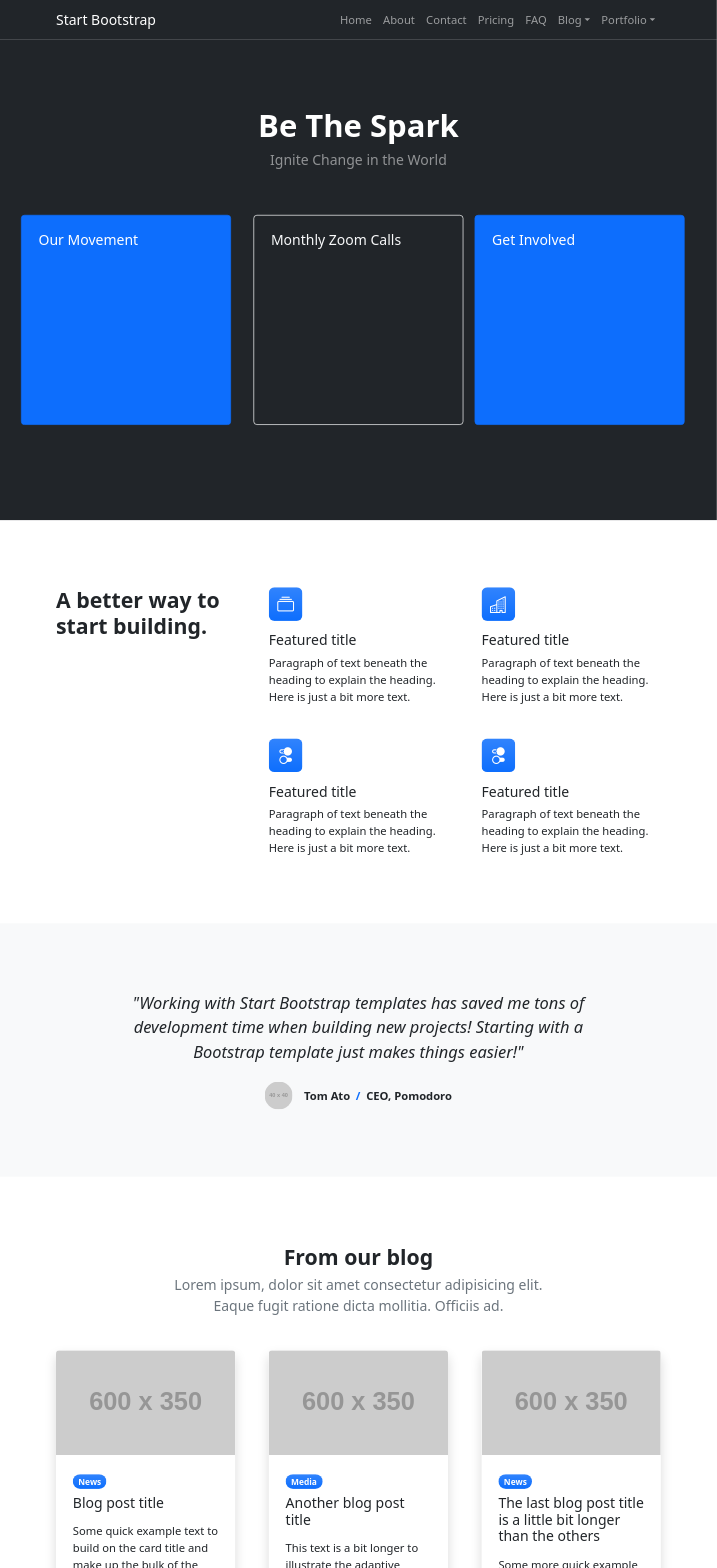
Repository: DragonFruit8/BeTheSpark
Page: index.html
These files come from the project's save history. The page is drawn as it stood at one moment and after a run of saves; the edit follows.
The browser window is 1024 px wide. The pictures show the part of the page from y = 0 to 2240 px (the page is 2993 px tall before and 2755 px after), at 70% of full size.

Above is the page before, as saved 2024-01-05 08:25:41.

### index.html
<!DOCTYPE html>
<html lang="en">
    <head>
        <meta charset="utf-8" />
        <meta name="viewport" content="width=device-width, initial-scale=1, shrink-to-fit=no" />
        <meta name="description" content="" />
        <meta name="author" content="" />
        <title>Modern Business - Start Bootstrap Template</title>
        <!-- Favicon-->
        <link rel="icon" type="image/x-icon" href="assets/favicon.ico" />
        <!-- Bootstrap icons-->
        <link href="https://cdn.jsdelivr.net/npm/bootstrap-icons@1.5.0/font/bootstrap-icons.css" rel="stylesheet" />
        <!-- Core theme CSS (includes Bootstrap)-->
        <link href="css/styles.css" rel="stylesheet" />
        <link href="css/home.css" rel="stylesheet" />
    </head>
    <body class="d-flex flex-column h-100">
        <main class="flex-shrink-0">
            <!-- Navigation-->
            <nav class="navbar navbar-expand-lg navbar-dark bg-dark">
                <div class="container px-5">
                    <a class="navbar-brand" href="index.html">Start Bootstrap</a>
                    <button class="navbar-toggler" type="button" data-bs-toggle="collapse" data-bs-target="#navbarSupportedContent" aria-controls="navbarSupportedContent" aria-expanded="false" aria-label="Toggle navigation"><span class="navbar-toggler-icon"></span></button>
                    <div class="collapse navbar-collapse" id="navbarSupportedContent">
                        <ul class="navbar-nav ms-auto mb-2 mb-lg-0">
                            <li class="nav-item"><a class="nav-link" href="index.html">Home</a></li>
                            <li class="nav-item"><a class="nav-link" href="about.html">About</a></li>
                            <li class="nav-item"><a class="nav-link" href="contact.html">Contact</a></li>
                            <li class="nav-item"><a class="nav-link" href="pricing.html">Pricing</a></li>
                            <li class="nav-item"><a class="nav-link" href="faq.html">FAQ</a></li>
                            <li class="nav-item dropdown">
                                <a class="nav-link dropdown-toggle" id="navbarDropdownBlog" href="#" role="button" data-bs-toggle="dropdown" aria-expanded="false">Blog</a>
                                <ul class="dropdown-menu dropdown-menu-end" aria-labelledby="navbarDropdownBlog">
                                    <li><a class="dropdown-item" href="blog-home.html">Blog Home</a></li>
                                    <li><a class="dropdown-item" href="blog-post.html">Blog Post</a></li>
                                </ul>
                            </li>
                            <li class="nav-item dropdown">
                                <a class="nav-link dropdown-toggle" id="navbarDropdownPortfolio" href="#" role="button" data-bs-toggle="dropdown" aria-expanded="false">Portfolio</a>
                                <ul class="dropdown-menu dropdown-menu-end" aria-labelledby="navbarDropdownPortfolio">
                                    <li><a class="dropdown-item" href="portfolio-overview.html">Portfolio Overview</a></li>
                                    <li><a class="dropdown-item" href="portfolio-item.html">Portfolio Item</a></li>
                                </ul>
                            </li>
                        </ul>
                    </div>
                </div>
            </nav>
            <!-- Header-->
            <header class="bg-dark py-5">
                <div class="container px-5">
                    <div class="row gx-5 align-items-center justify-content-center">
                        <div class="col-lg-8 col-xl-7 col-xxl-6">
                            <div class="my-5 text-center text-xl-start">
                                <h1 class="display-5 fw-bolder text-white mb-2">Be The Spark</h1>
                                <p class="lead fw-normal text-white-50 mb-4">Ignite Change in the World</p>
                                <div id="CTA" class="d-grid gap-3 d-sm-flex justify-content-sm-center justify-content-xl-start">
                                    <a class="btn btn-primary btn-lg px-4 me-sm-3" href="#features">Our Movement</a>
                                    <a class="btn btn-outline-light btn-lg px-4" href="#!">Monthly Zoom Calls</a>
                                    <a class="btn btn-primary btn-lg px-4 me-sm-3" href="#features">Get Involved </a>
                                </div>
                            </div>
                        </div>
                        <div class="col-xl-5 col-xxl-6 d-none d-xl-block text-center"><img class="img-fluid rounded-3 my-5" src="https://dummyimage.com/600x400/343a40/6c757d" alt="..." /></div>
                    </div>
                </div>
            </header>
            <!-- Features section-->
            <section class="py-5" id="features">
                <div class="container px-5 my-5">
                    <div class="row gx-5">
                        <div class="col-lg-4 mb-5 mb-lg-0"><h2 class="fw-bolder mb-0">A better way to start building.</h2></div>
                        <div class="col-lg-8">
                            <div class="row gx-5 row-cols-1 row-cols-md-2">
                                <div class="col mb-5 h-100">
                                    <div class="feature bg-primary bg-gradient text-white rounded-3 mb-3"><i class="bi bi-collection"></i></div>
                                    <h2 class="h5">Featured title</h2>
                                    <p class="mb-0">Paragraph of text beneath the heading to explain the heading. Here is just a bit more text.</p>
                                </div>
                                <div class="col mb-5 h-100">
                                    <div class="feature bg-primary bg-gradient text-white rounded-3 mb-3"><i class="bi bi-building"></i></div>
                                    <h2 class="h5">Featured title</h2>
                                    <p class="mb-0">Paragraph of text beneath the heading to explain the heading. Here is just a bit more text.</p>
                                </div>
                                <div class="col mb-5 mb-md-0 h-100">
                                    <div class="feature bg-primary bg-gradient text-white rounded-3 mb-3"><i class="bi bi-toggles2"></i></div>
                                    <h2 class="h5">Featured title</h2>
                                    <p class="mb-0">Paragraph of text beneath the heading to explain the heading. Here is just a bit more text.</p>
                                </div>
                                <div class="col h-100">
                                    <div class="feature bg-primary bg-gradient text-white rounded-3 mb-3"><i class="bi bi-toggles2"></i></div>
                                    <h2 class="h5">Featured title</h2>
                                    <p class="mb-0">Paragraph of text beneath the heading to explain the heading. Here is just a bit more text.</p>
                                </div>
                            </div>
                        </div>
                    </div>
                </div>
            </section>
            <!-- Testimonial section-->
            <div class="py-5 bg-light">
                <div class="container px-5 my-5">
                    <div class="row gx-5 justify-content-center">
                        <div class="col-lg-10 col-xl-7">
                            <div class="text-center">
                                <div class="fs-4 mb-4 fst-italic">"Working with Start Bootstrap templates has saved me tons of development time when building new projects! Starting with a Bootstrap template just makes things easier!"</div>
                                <div class="d-flex align-items-center justify-content-center">
                                    <img class="rounded-circle me-3" src="https://dummyimage.com/40x40/ced4da/6c757d" alt="..." />
                                    <div class="fw-bold">
                                        Tom Ato
                                        <span class="fw-bold text-primary mx-1">/</span>
                                        CEO, Pomodoro
                                    </div>
                                </div>
                            </div>
                        </div>
                    </div>
                </div>
            </div>
            <!-- Blog preview section-->
            <section class="py-5">
                <div class="container px-5 my-5">
                    <div class="row gx-5 justify-content-center">
                        <div class="col-lg-8 col-xl-6">
                            <div class="text-center">
                                <h2 class="fw-bolder">From our blog</h2>
                                <p class="lead fw-normal text-muted mb-5">Lorem ipsum, dolor sit amet consectetur adipisicing elit. Eaque fugit ratione dicta mollitia. Officiis ad.</p>
                            </div>
                        </div>
                    </div>
                    <div class="row gx-5">
                        <div class="col-lg-4 mb-5">
                            <div class="card h-100 shadow border-0">
                                <img class="card-img-top" src="https://dummyimage.com/600x350/ced4da/6c757d" alt="..." />
                                <div class="card-body p-4">
                                    <div class="badge bg-primary bg-gradient rounded-pill mb-2">News</div>
                                    <a class="text-decoration-none link-dark stretched-link" href="#!"><h5 class="card-title mb-3">Blog post title</h5></a>
                                    <p class="card-text mb-0">Some quick example text to build on the card title and make up the bulk of the card's content.</p>
                                </div>
                                <div class="card-footer p-4 pt-0 bg-transparent border-top-0">
                                    <div class="d-flex align-items-end justify-content-between">
                                        <div class="d-flex align-items-center">
                                            <img class="rounded-circle me-3" src="https://dummyimage.com/40x40/ced4da/6c757d" alt="..." />
                                            <div class="small">
                                                <div class="fw-bold">Kelly Rowan</div>
                                                <div class="text-muted">March 12, 2023 &middot; 6 min read</div>
                                            </div>
                                        </div>
                                    </div>
                                </div>
                            </div>
                        </div>
                        <div class="col-lg-4 mb-5">
                            <div class="card h-100 shadow border-0">
                                <img class="card-img-top" src="https://dummyimage.com/600x350/adb5bd/495057" alt="..." />
                                <div class="card-body p-4">
                                    <div class="badge bg-primary bg-gradient rounded-pill mb-2">Media</div>
                                    <a class="text-decoration-none link-dark stretched-link" href="#!"><h5 class="card-title mb-3">Another blog post title</h5></a>
                                    <p class="card-text mb-0">This text is a bit longer to illustrate the adaptive height of each card. Some quick example text to build on the card title and make up the bulk of the card's content.</p>
                                </div>
                                <div class="card-footer p-4 pt-0 bg-transparent border-top-0">
                                    <div class="d-flex align-items-end justify-content-between">
                                        <div class="d-flex align-items-center">
                                            <img class="rounded-circle me-3" src="https://dummyimage.com/40x40/ced4da/6c757d" alt="..." />
                                            <div class="small">
                                                <div class="fw-bold">Josiah Barclay</div>
                                                <div class="text-muted">March 23, 2023 &middot; 4 min read</div>
                                            </div>
                                        </div>
                                    </div>
                                </div>
                            </div>
                        </div>
                        <div class="col-lg-4 mb-5">
                            <div class="card h-100 shadow border-0">
                                <img class="card-img-top" src="https://dummyimage.com/600x350/6c757d/343a40" alt="..." />
                                <div class="card-body p-4">
                                    <div class="badge bg-primary bg-gradient rounded-pill mb-2">News</div>
                                    <a class="text-decoration-none link-dark stretched-link" href="#!"><h5 class="card-title mb-3">The last blog post title is a little bit longer than the others</h5></a>
                                    <p class="card-text mb-0">Some more quick example text to build on the card title and make up the bulk of the card's content.</p>
                                </div>
                                <div class="card-footer p-4 pt-0 bg-transparent border-top-0">
                                    <div class="d-flex align-items-end justify-content-between">
                                        <div class="d-flex align-items-center">
                                            <img class="rounded-circle me-3" src="https://dummyimage.com/40x40/ced4da/6c757d" alt="..." />
                                            <div class="small">
                                                <div class="fw-bold">Evelyn Martinez</div>
                                                <div class="text-muted">April 2, 2023 &middot; 10 min read</div>
                                            </div>
                                        </div>
                                    </div>
                                </div>
                            </div>
                        </div>
                    </div>
                    <!-- Call to action-->
                    <aside class="bg-primary bg-gradient rounded-3 p-4 p-sm-5 mt-5">
                        <div class="d-flex align-items-center justify-content-between flex-column flex-xl-row text-center text-xl-start">
                            <div class="mb-4 mb-xl-0">
                                <div class="fs-3 fw-bold text-white">New products, delivered to you.</div>
                                <div class="text-white-50">Sign up for our newsletter for the latest updates.</div>
                            </div>
                            <div class="ms-xl-4">
                                <div class="input-group mb-2">
                                    <input class="form-control" type="text" placeholder="Email address..." aria-label="Email address..." aria-describedby="button-newsletter" />
                                    <button class="btn btn-outline-light" id="button-newsletter" type="button">Sign up</button>
                                </div>
                                <div class="small text-white-50">We care about privacy, and will never share your data.</div>
                            </div>
                        </div>
                    </aside>
                </div>
            </section>
        </main>
        <!-- Footer-->
        <footer class="bg-dark py-4 mt-auto">
            <div class="container px-5">
                <div class="row align-items-center justify-content-between flex-column flex-sm-row">
                    <div class="col-auto"><div class="small m-0 text-white">Copyright &copy; Your Website 2023</div></div>
                    <div class="col-auto">
                        <a class="link-light small" href="#!">Privacy</a>
                        <span class="text-white mx-1">&middot;</span>
                        <a class="link-light small" href="#!">Terms</a>
                        <span class="text-white mx-1">&middot;</span>
                        <a class="link-light small" href="#!">Contact</a>
                    </div>
                </div>
            </div>
        </footer>
        <!-- Bootstrap core JS-->
        <script src="https://cdn.jsdelivr.net/npm/bootstrap@5.2.3/dist/js/bootstrap.bundle.min.js"></script>
        <!-- Core theme JS-->
        <script src="js/scripts.js"></script>
    </body>
</html>

### css/home.css
#CTA a{
    display: flex;
    min-height:300px;
    min-width: 300px;
    padding: 20px;
    margin-top: 20px;
    margin-bottom: 20px;
    border-radius: 5px;
}

@media (max-width: 1080px) {
    #CTA {
        display: flex;
        flex-direction: row;
        min-height:100px !important;
        min-width: 100px !important;
        padding: 20px;
        border-radius: 5px;
    }

}

@media (min-width: 1080px) {
    #CTA a{
        display: inline-flex;
        flex-direction: row;
        min-height:100px;
        min-width: 200px;
        margin-top: 20px;
        margin-bottom: 20px;
        border-radius: 5px;
    }
}

Loaded but not shown: css/styles.css (library); js/scripts.js (common file)

After the next 2 saves:
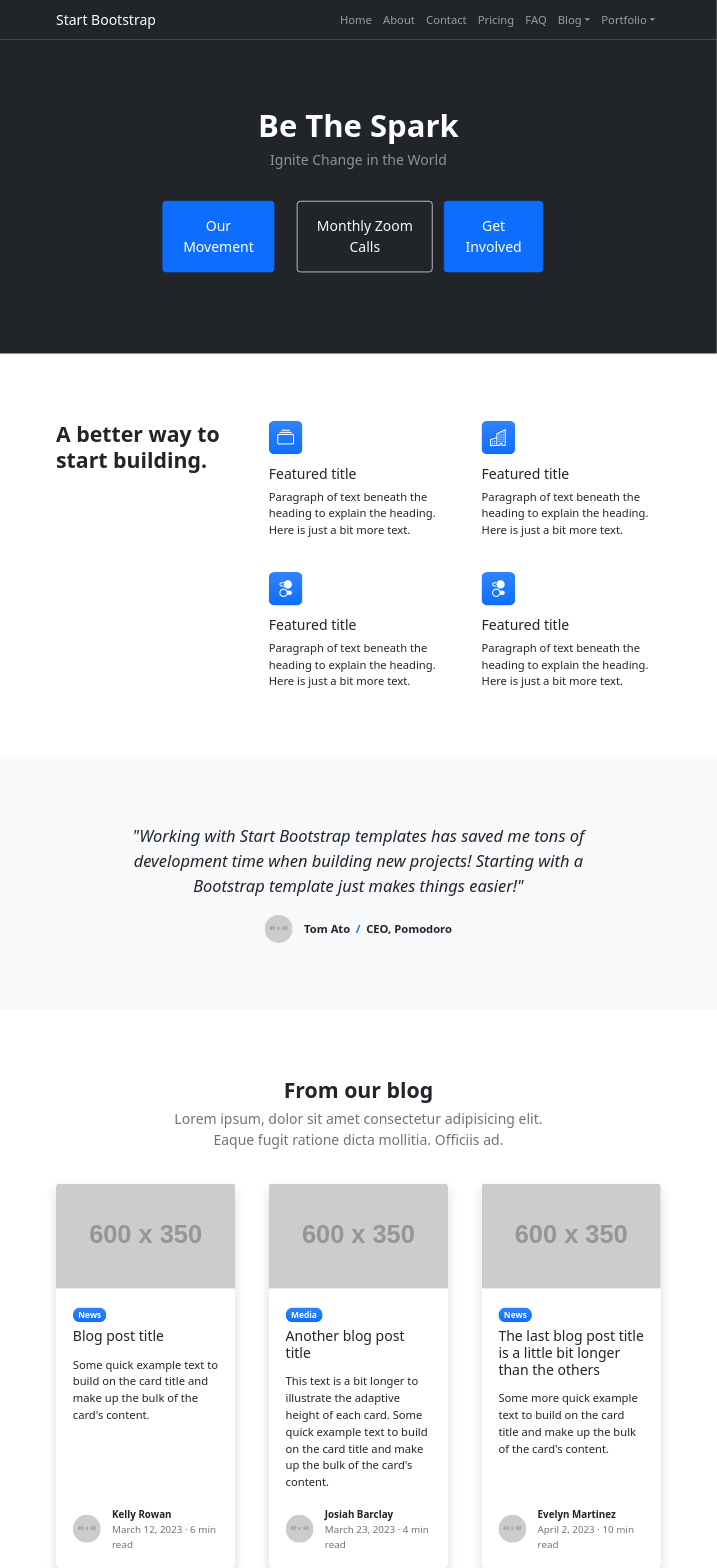
The 2 saves are shown as one change because they came seconds apart.
The last was saved 9 s later.
--- a/css/home.css
+++ b/css/home.css
@@ -9,7 +9,7 @@
 }
 
 @media (max-width: 1080px) {
-    #CTA {
+    #CTA > a{
         display: flex;
         flex-direction: row;
         min-height:100px !important;
